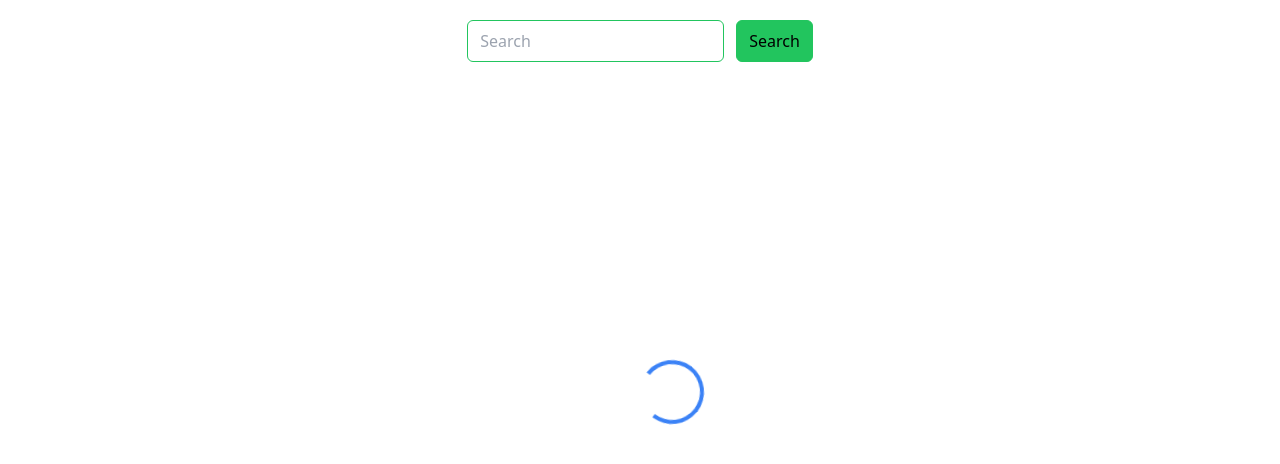
Repository: kimhieu153255/Image-search-app
Page: /
These files come from the project's save history. The page is drawn as it stood at one moment and after the next save; the edit follows.
The browser window is 1280 px wide. The pictures show the whole page.
The project was rebuilt for these pictures with package versions that can differ from the ones it lists, and the page was loaded fresh each time. Also part of the build but not shown: vite.config.js, src/Components/Button/Loadmore.jsx, src/Components/Card/Card.jsx.

Above is the page before, as saved 2023-10-26 20:25:36.

### index.html
<!doctype html>
<html lang="en">
  <head>
    <meta charset="UTF-8" />
    <link rel="icon" type="image/svg+xml" href="/vite.svg" />
    <meta name="viewport" content="width=device-width, initial-scale=1.0" />
    <title>20120474-LeKimHieu</title>
  </head>
  <body>
    <div id="root"></div>
    <script type="module" src="/src/main.jsx"></script>
  </body>
</html>

### src/main.jsx
import React from "react";
import ReactDOM from "react-dom/client";
import App from "./App.jsx";
import "./index.css";
import { DataProvider } from "./Components/Contexts/Data.jsx";

ReactDOM.createRoot(document.getElementById("root")).render(
  <React.StrictMode>
    <DataProvider>
      <App />
    </DataProvider>
  </React.StrictMode>
);

### src/App.jsx
import { useState } from "react";
import Loadmore from "./Components/Button/Loadmore";
import CardList from "./Components/Card/CardList";
import Search from "./Components/Search/Search";

function App() {
  const [isLoading, setIsLoading] = useState(true);
  return (
    <div className="w-full relative">
      <div className="flex flex-col items-center gap-5 my-5">
        <Search></Search>
        <CardList></CardList>
        <Loadmore></Loadmore>
      </div>
      {isLoading && (
        <div className="inset-0 fixed">
          <div className="inline-block h-16 w-16 animate-spin rounded-full border-4 border-solid border-r-transparent align-[-0.125em] text-secondary motion-reduce:animate-[spin_1.5s_linear_infinite] border-blue-500 absolute top-1/2 left-1/2 backdrop-blur-[2px]">
            <span className="!absolute !-m-px !h-px !w-px !overflow-hidden !whitespace-nowrap !border-0 !p-0 ![clip:rect(0,0,0,0)]"></span>
          </div>
        </div>
      )}
    </div>
  );
}

export default App;

### src/Components/Contexts/Data.jsx
import { createContext, useState } from "react";
import AxiosInstance from "../Axios/AxiosInstance";
const DataContext = createContext();

const DataProvider = (props) => {
  const [data, setData] = useState([]);
  const [page, setPage] = useState(1);
  const [search, setSearch] = useState("");

  const setDataFunc = async (page) => {
    try {
      const res = await AxiosInstance.get(`&query=${search}&page=${page}`);
      if (res) {
        const temp = res.data.results.map((item) => {
          return {
            id: item.id,
            alt_description: item.alt_description,
            url: item.urls.thumb,
          };
        });
        if (page === 1) {
          setData(temp);
          setPage(1);
        } else {
          setData((prev) => [...prev, ...temp]);
          setPage(page + 1);
        }
      }
    } catch (err) {
      console.log(err);
    }
  };

  const value = {
    data,
    setData,
    search,
    setSearch,
    page,
    setPage,
    setDataFunc,
  };
  return <DataContext.Provider value={value} {...props}></DataContext.Provider>;
};

export { DataContext, DataProvider };

### src/Components/Card/CardList.jsx
import { useContext } from "react";
import { DataContext } from "../Contexts/Data";
import Card from "./Card";

const CardList = () => {
  const data = useContext(DataContext);
  return (
    <div className="grid sm:grid-cols-3 md:grid-cols-4 lg:grid-cols-5 gap-3">
      {data.data.map((item) => (
        <Card key={item.id} title={item.alt_description} src={item.url}></Card>
      ))}
    </div>
  );
};

export default CardList;

### src/Components/Search/Search.jsx
import { useContext } from "react";
import { DataContext } from "../Contexts/Data";

const Search = () => {
  const { setDataFunc, setSearch, search } = useContext(DataContext);
  return (
    <div className="flex gap-3">
      <input
        type="text"
        placeholder="Search"
        className="inline-block px-3 py-2 border border-green-500 rounded-md"
        onChange={(e) => setSearch(e.target.value)}
      />
      <button
        type="submit"
        className="px-3 py-2 bg-green-500 border border-green-500 hover:bg-green-600 hover:border-green-600 rounded-md"
        onClick={() => {
          console.log(search);
          setDataFunc(1);
        }}
      >
        Search
      </button>
    </div>
  );
};

export default Search;

### src/Components/Axios/AxiosInstance.jsx
import axios from "axios";
import KeyAPI from "../../KeyAPI";

const AxiosInstance = axios.create({
  baseURL: `https://api.unsplash.com/search/photos?client_id=${KeyAPI.Access_Key}&per_page=20`,
});

export default AxiosInstance;

### src/KeyAPI.js
const KeyAPI = {
  Access_Key: "7Lcwlh9DbVauadS0QCdraGyZjRFFbjqd0XSuBE-jzFM",
  Secret_key: "nPKRLW2TfslTWSn-oJcRIoZNJ9j4_6ySiHVUvNd4sGY",
};
export default KeyAPI;

Loaded but not shown: src/index.css (common file); tailwind.config.js (common file)

After the next save:
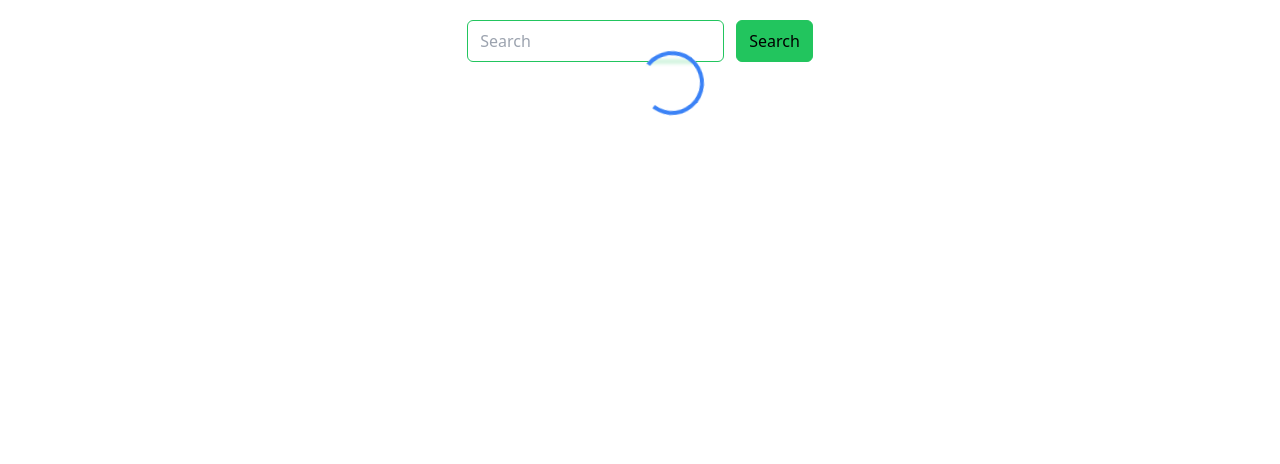
Saved 3 min 35 s later.
--- a/src/App.jsx
+++ b/src/App.jsx
@@ -13,7 +13,7 @@
         <Loadmore></Loadmore>
       </div>
       {isLoading && (
-        <div className="inset-0 fixed">
+        <div className="inset-0">
           <div className="inline-block h-16 w-16 animate-spin rounded-full border-4 border-solid border-r-transparent align-[-0.125em] text-secondary motion-reduce:animate-[spin_1.5s_linear_infinite] border-blue-500 absolute top-1/2 left-1/2 backdrop-blur-[2px]">
             <span className="!absolute !-m-px !h-px !w-px !overflow-hidden !whitespace-nowrap !border-0 !p-0 ![clip:rect(0,0,0,0)]"></span>
           </div>
